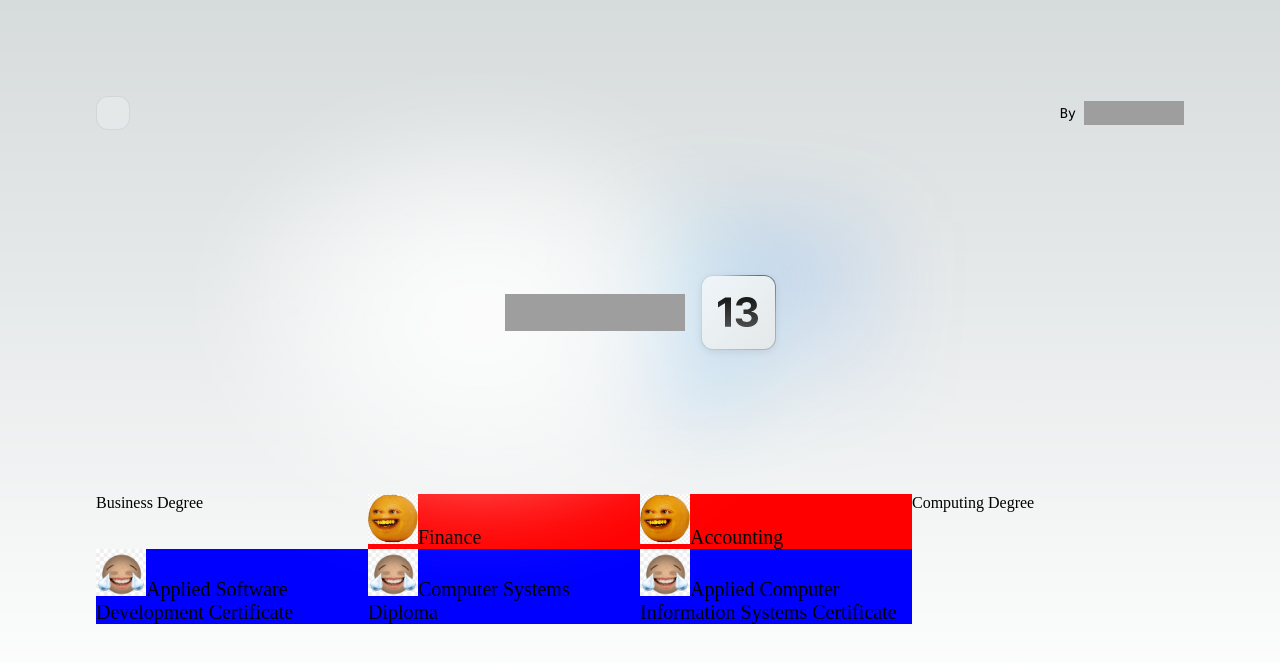
Repository: karthur1/class-example-3
Page: /
The author's editor kept a copy of each file at every save. The page is drawn from the files as they stood at one save, then again after a run of saves.
The browser window is 1280 px wide. The pictures show the whole page.
Pictures or frames that could not be fetched are drawn as grey boxes. The project was rebuilt for these pictures with package versions that can differ from the ones it lists, and the page was loaded fresh each time. The framework's server and built-in components were replaced by stand-ins that run in the browser. Also part of the build but not shown: next.config.js.

Above is the page before, as saved 2023-01-16 11:34:17.

### pages/index.js
import Head from 'next/head'
import Image from 'next/image'
import { Inter } from '@next/font/google'
import styles from '@/styles/Home.module.css'
import data from '../data/education.json'
import {useState} from 'react'
import Card from '../components/Card'
import link from 'next/link'

const inter = Inter({ subsets: ['latin'] })

export default function Home() {

  console.log(data)
  const [information, setInformation] = useState([...data])
  console.log(information)

  return (
    <>
      <Head>
        <title>Create Next App</title>
        <meta name="description" content="Generated by create next app" />
        <meta name="viewport" content="width=device-width, initial-scale=1" />
        <link rel="icon" href="/favicon.ico" />
      </Head>
      <main className={styles.main}>
        <div className={styles.description}>
          <p>


          </p>
          <div>
            <a
              href="https://vercel.com?utm_source=create-next-app&utm_medium=default-template&utm_campaign=create-next-app"
              target="_blank"
              rel="noopener noreferrer"
            >
              By{' '}
              <Image
                src="/vercel.svg"
                alt="Vercel Logo"
                className={styles.vercelLogo}
                width={100}
                height={24}
                priority
              />
            </a>
          </div>
        </div>

        <div className={styles.center}>
          <Image
            className={styles.logo}
            src="/next.svg"
            alt="Next.js Logo"
            width={180}
            height={37}
            priority
          />
          <div className={styles.thirteen}>
            <Image
              src="/thirteen.svg"
              alt="13"
              width={40}
              height={31}
              priority
            />
          </div>
        </div>

        <div className={styles.grid}>
          <div>Business Degree</div>
          {information && information.map((info, index) => {
            if(info.department === "Business") {
              return(
              <Card key={index} degree={info.degree} colour="red" font="20px"/>
            )
          }
        })}
                  <div>Computing Degree</div>
          {information && information.map((info, index) => {
            if(info.department === "Computing") {

             return(
              <Card key={index} degree={info.degree} colour="blue" font="20px"/>
             )
          }
        })}
        </div>
      </main>
    </>
  )
}

### styles/Home.module.css
.main {
  display: flex;
  flex-direction: column;
  justify-content: space-between;
  align-items: center;
  padding: 6rem;
  min-height: 100vh;
}

.description {
  display: inherit;
  justify-content: inherit;
  align-items: inherit;
  font-size: 0.85rem;
  max-width: var(--max-width);
  width: 100%;
  z-index: 2;
  font-family: var(--font-mono);
}

.description a {
  display: flex;
  justify-content: center;
  align-items: center;
  gap: 0.5rem;
}

.description p {
  position: relative;
  margin: 0;
  padding: 1rem;
  background-color: rgba(var(--callout-rgb), 0.5);
  border: 1px solid rgba(var(--callout-border-rgb), 0.3);
  border-radius: var(--border-radius);
}

.code {
  font-weight: 700;
  font-family: var(--font-mono);
}

.grid {
  display: grid;
  grid-template-columns: repeat(4, minmax(25%, auto));
  width: var(--max-width);
  max-width: 100%;
}



.card {
  padding: 1rem 1.2rem;
  border-radius: var(--border-radius);
  background: rgba(var(--card-rgb), 0);
  border: 1px solid rgba(var(--card-border-rgb), 0);
  transition: background 200ms, border 200ms;
}

.card span {
  display: inline-block;
  transition: transform 200ms;
}

.card h2 {
  font-weight: 600;
  margin-bottom: 0.7rem;
}

.card p {
  margin: 0;
  opacity: 0.6;
  font-size: 0.9rem;
  line-height: 1.5;
  max-width: 30ch;
}

.center {
  display: flex;
  justify-content: center;
  align-items: center;
  position: relative;
  padding: 4rem 0;
}

.center::before {
  background: var(--secondary-glow);
  border-radius: 50%;
  width: 480px;
  height: 360px;
  margin-left: -400px;
}

.center::after {
  background: var(--primary-glow);
  width: 240px;
  height: 180px;
  z-index: -1;
}

.center::before,
.center::after {
  content: '';
  left: 50%;
  position: absolute;
  filter: blur(45px);
  transform: translateZ(0);
}

.logo,
.thirteen {
  position: relative;
}

.thirteen {
  display: flex;
  justify-content: center;
  align-items: center;
  width: 75px;
  height: 75px;
  padding: 25px 10px;
  margin-left: 16px;
  transform: translateZ(0);
  border-radius: var(--border-radius);
  overflow: hidden;
  box-shadow: 0px 2px 8px -1px #0000001a;
}

.thirteen::before,
.thirteen::after {
  content: '';
  position: absolute;
  z-index: -1;
}

/* Conic Gradient Animation */
.thirteen::before {
  animation: 6s rotate linear infinite;
  width: 200%;
  height: 200%;
  background: var(--tile-border);
}

/* Inner Square */
.thirteen::after {
  inset: 0;
  padding: 1px;
  border-radius: var(--border-radius);
  background: linear-gradient(
    to bottom right,
    rgba(var(--tile-start-rgb), 1),
    rgba(var(--tile-end-rgb), 1)
  );
  background-clip: content-box;
}

/* Enable hover only on non-touch devices */
@media (hover: hover) and (pointer: fine) {
  .card:hover {
    background: rgba(var(--card-rgb), 0.1);
    border: 1px solid rgba(var(--card-border-rgb), 0.15);
  }

  .card:hover span {
    transform: translateX(4px);
  }
}

@media (prefers-reduced-motion) {
  .thirteen::before {
    animation: none;
  }

  .card:hover span {
    transform: none;
  }
}

/* Mobile */
@media (max-width: 700px) {
  .content {
    padding: 4rem;
  }

  .grid {
    grid-template-columns: 1fr;
    margin-bottom: 120px;
    max-width: 320px;
    text-align: center;
  }

  .card {
    padding: 1rem 2.5rem;
  }

  .card h2 {
    margin-bottom: 0.5rem;
  }

  .center {
    padding: 8rem 0 6rem;
  }

  .center::before {
    transform: none;
    height: 300px;
  }

  .description {
    font-size: 0.8rem;
  }

  .description a {
    padding: 1rem;
  }

  .description p,
  .description div {
    display: flex;
    justify-content: center;
    position: fixed;
    width: 100%;
  }

  .description p {
    align-items: center;
    inset: 0 0 auto;
    padding: 2rem 1rem 1.4rem;
    border-radius: 0;
    border: none;
    border-bottom: 1px solid rgba(var(--callout-border-rgb), 0.25);
    background: linear-gradient(
      to bottom,
      rgba(var(--background-start-rgb), 1),
      rgba(var(--callout-rgb), 0.5)
    );
    background-clip: padding-box;
    backdrop-filter: blur(24px);
  }

  .description div {
    align-items: flex-end;
    pointer-events: none;
    inset: auto 0 0;
    padding: 2rem;
    height: 200px;
    background: linear-gradient(
      to bottom,
      transparent 0%,
      rgb(var(--background-end-rgb)) 40%
    );
    z-index: 1;
  }
}

/* Tablet and Smaller Desktop */
@media (min-width: 701px) and (max-width: 1120px) {
  .grid {
    grid-template-columns: repeat(2, 50%);
  }
}

@media (prefers-color-scheme: dark) {
  .vercelLogo {
    filter: invert(1);
  }

  .logo,
  .thirteen img {
    filter: invert(1) drop-shadow(0 0 0.3rem #ffffff70);
  }
}

@keyframes rotate {
  from {
    transform: rotate(360deg);
  }
  to {
    transform: rotate(0deg);
  }
}

### data/education.json
[
        {
            "studentNumber": "A0004567",
            "firstName": "Person 1",
            "gpa": 3.8,
            "department": "Business",
            "degree": "Finance",
            "graduted": 2014
        },
        {
            "studentNumber": "A0001234",
            "firstName": "Person 2",
            "gpa": 3.5,
            "department": "Business",
            "degree": "Accounting",
            "graduted": 2010
        },
        {
            "studentNumber": "A0007890",
            "firstName": "Person 3",
            "gpa": 3.2,
            "department": "Computing",
            "degree": "Applied Software Development Certificate",
            "graduted": 2018
        },
        {
            "studentNumber": "A0007828",
            "firstName": "Person 4",
            "gpa": 3.9,
            "department": "Computing",
            "degree": "Computer Systems Diploma",
            "graduted": 2021
        },
        {
            "studentNumber": "A0003425",
            "firstName": "Person 5",
            "gpa": 3.2,
            "department": "Computing",
            "degree": "Applied Computer Information Systems Certificate",
            "graduted": 2021
        }
]

### components/Card/index.js
export default function Card( {
   degree = "none",
   colour = "purple",
   font = "0",
   images = "icons/icon3.png"

    }) {   return(
        <div style={{backgroundColor: colour, fontSize:font}}>
                {
                    colour === "red" ? <img src={'icons/icon2.png'} width="50"/>:
                    colour === "blue" ? <img src={'icons/icon3.jpg'} width="50"/>:
                                        <img src={images} width="50"/>
                }
                {degree}

        </div>
    )
}

Loaded but not shown: pages/_app.js (common file); pages/_document.js (common file); styles/globals.css (common file)

After the next 3 saves:
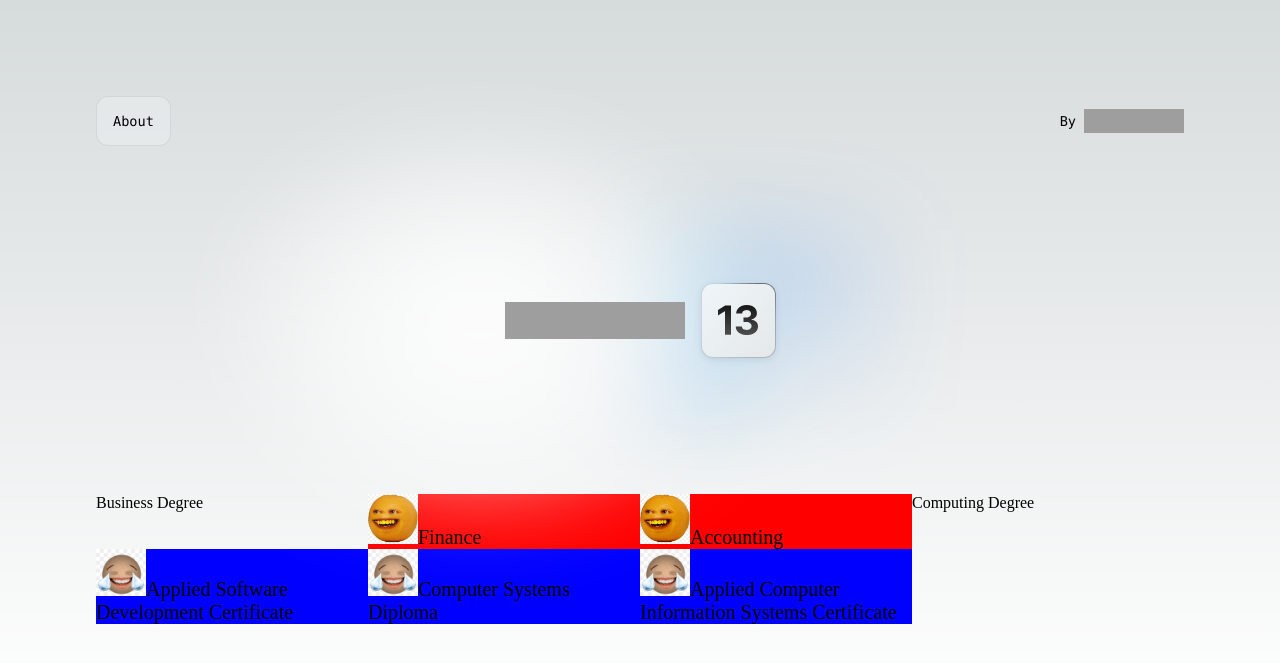
The 3 saves are shown as one change because 2 did not build or start.
The last was saved 117 s later.
--- a/pages/index.js
+++ b/pages/index.js
@@ -5,7 +5,7 @@
 import data from '../data/education.json'
 import {useState} from 'react'
 import Card from '../components/Card'
-import link from 'next/link'
+import Link from 'next/link'
 
 const inter = Inter({ subsets: ['latin'] })
 
@@ -26,7 +26,7 @@
       <main className={styles.main}>
         <div className={styles.description}>
           <p>
-
+          <Link href="about">About</Link>
 
           </p>
           <div>
